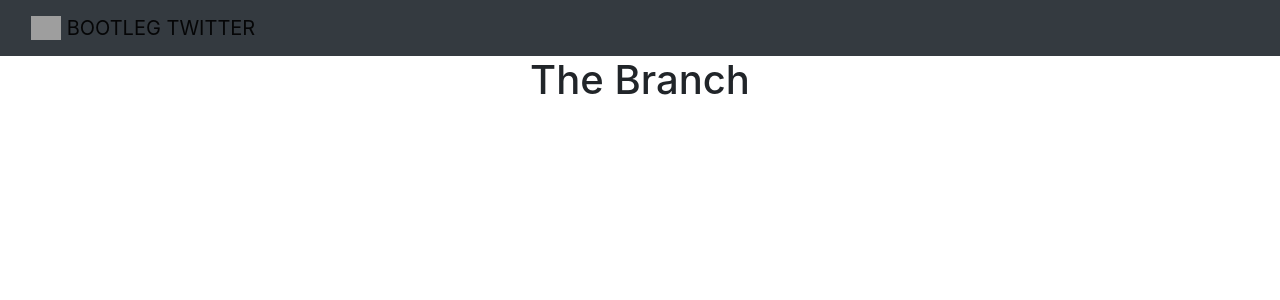
Repository: DavidDontKnow/BootlegTwitter
Page: html/FEED.HTML
The author's editor kept a copy of each file at every save. The page is drawn from the files as they stood at one save, then again after the next save.
The browser window is 1280 px wide. The pictures show the whole page.
Pictures or frames that could not be fetched are drawn as grey boxes.

Above is the page before, as saved 2023-04-06 10:51:54.

After the next save:
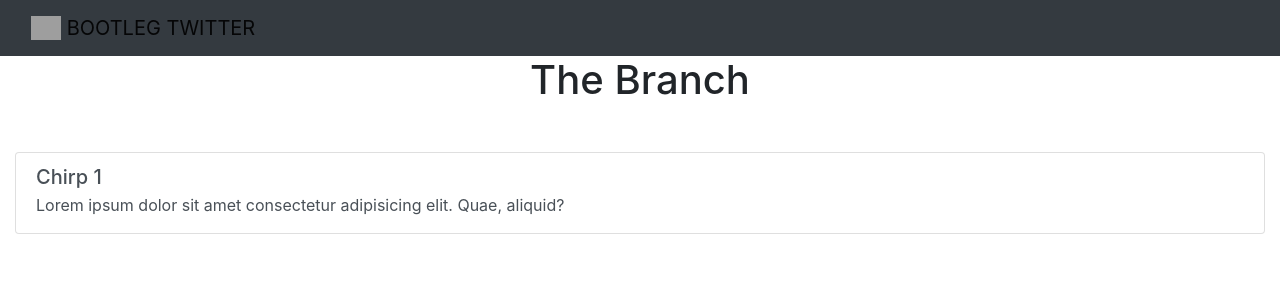
Saved 4 min 57 s later.
--- a/html/FEED.HTML
+++ b/html/FEED.HTML
@@ -6,19 +6,7 @@
     <meta name="viewport" content="width=device-width, initial-scale=1.0">
     <link rel="stylesheet" href="https://maxcdn.bootstrapcdn.com/bootstrap/4.5.2/css/bootstrap.min.css">
     <style>
-        .login-form{
-            max-width: 500px;
-            margin: 0 auto;
-            padding: 20px;
-        }
 
-        .login-form img{
-            width: 100%;
-            height: auto;
-        }
-        .form-group{
-            margin-bottom: 1 rem;
-        }
     </style>
     <title>Login</title>
 </head>
@@ -32,10 +20,16 @@
         </div>
       </nav>
 
-      <div class="container">
+      <div class="container-fluid">
         <div class="row">
             <div class="col-md-12">
                 <h1 class="text-center mb-5">The Branch</h1>
+                <div class="list-group">
+                    <a href="#" class="list-group-item list-group-item-action">
+                        <h5 class="mb-1">Chirp 1</h5>
+                        <p class="mb-1">Lorem ipsum dolor sit amet consectetur adipisicing elit. Quae, aliquid?</p>
+                    </a>
+                </div>
             </div>
         </div>
       </div>
